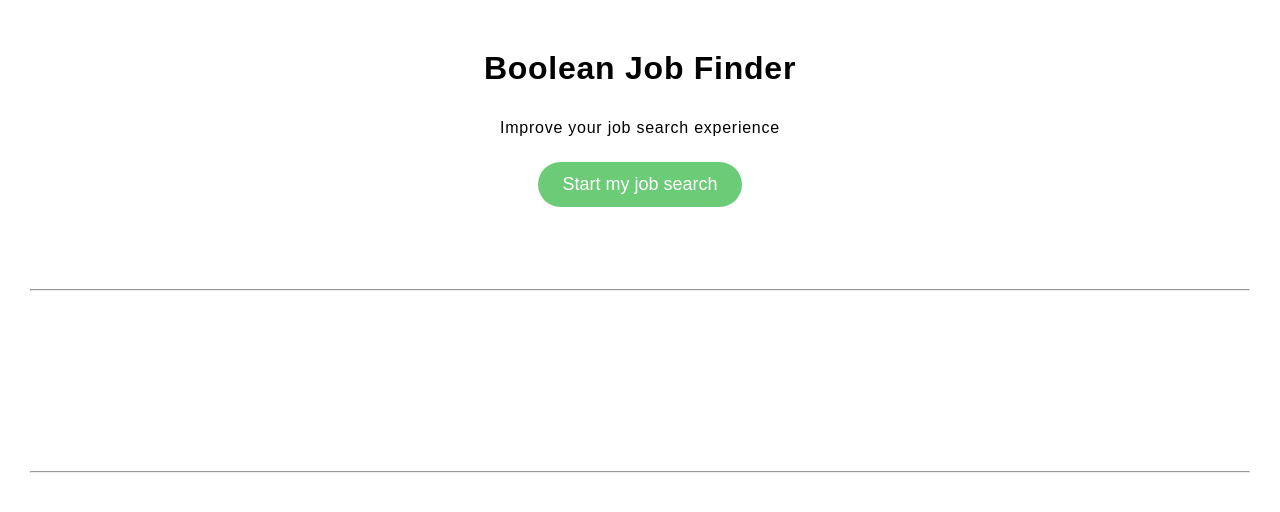
Repository: Rthompson2548/boolean-job-searcher
Page: /
These files come from the project's save history. The page is drawn as it stood at one moment and after a run of saves; the edit follows.
The browser window is 1280 px wide. The pictures show the whole page.
The project was rebuilt for these pictures with package versions that can differ from the ones it lists, and the page was loaded fresh each time.

Above is the page before, as saved 2022-04-05 14:29:45.

### public/index.html
<!DOCTYPE html>
<html lang="en">
  <head>
    <meta charset="utf-8" />
    <link rel="icon" href="%PUBLIC_URL%/favicon.ico" />
    <meta name="viewport" content="width=device-width, initial-scale=1" />
    <meta name="theme-color" content="#000000" />
    <meta
      name="description"
      content="Web site created using create-react-app"
    />
    <link rel="preconnect" href="https://fonts.googleapis.com">
    <link rel="preconnect" href="https://fonts.gstatic.com" crossorigin>
    <link href="https://fonts.googleapis.com/css2?family=Inconsolata&family=League+Spartan&display=swap" rel="stylesheet">

    <title>React App</title>
  </head>
  <body>
    <noscript>You need to enable JavaScript to run this app.</noscript>
    <div id="root"></div>
    <!--
      This HTML file is a template.
      If you open it directly in the browser, you will see an empty page.

      You can add webfonts, meta tags, or analytics to this file.
      The build step will place the bundled scripts into the <body> tag.

      To begin the development, run `npm start` or `yarn start`.
      To create a production bundle, use `npm run build` or `yarn build`.
    -->
  </body>
</html>

### src/App.js
import "./styles.css";
// import { CopyToClipboard } from "react-copy-to-clipboard";
import React, { useState, useEffect, useRef } from "react";



export default function App() {
  let searchCategories = [
    "Experience",
    "Location",
    "Tech Stack",
    "Title",
    "Technologies",
    "Company"
  ];

let defaultCategories = [
  {
    id: 1,
    name: "Experience",
    placeholders: ["Junior", "Entry", "Grad", "Student"]
  },
  {
    id: 2,
    name: "Location",
    placeholders: ["Junior", "Entry", "Grad", "Student"]
  },
  {
    id: 3,
    name: "End",
    placeholders: ["Junior", "Entry", "Grad", "Student"]
  },
  {
    id: 4,
    name: "Title",
    placeholders: ["Junior", "Entry", "Grad", "Student"]
  },
  {
    id: 5,
    name: "Technologies",
    placeholders: ["Junior", "Entry", "Grad", "Student"]
  },
  {
    id: 6,
    name: "Company Name",
    placeholders: ["Junior", "Entry", "Grad", "Student"]
  }
];


const [copyString, setCopyString] = useState("");
const [addCategory, setAddCategory] = useState(false);
const [addCategoryBtnText, setAddCategoryBtnText] = useState(
"Start my job search"
)
const [category, setCategory] = useState("");
const [categoryChosen, setCategoryChosen] = useState(false);
const [categoryOptions, setCategoryOptions] = useState(false);
const [showCategoryForm, setShowCategoryForm] = useState(false);
const [showNewCategoryButton, setShowNewCategoryButton] = useState(true);
const [showName, setShowName] = useState(false);
const [showForm, setShowForm] = useState(false);
const [showAddWordBtn, setShowAddWordBtn] = useState(false)
const [word, setWord] = useState("");
const [list, setList] = useState([]);
const [show, setShow] = useState(false);
const [finishBtn, setFinishBtn] = useState(false);
const [finished, setFinished] = useState(false);
const [result, setResult] = useState([]);
const [doneWarning, setDoneWarning] = useState(false);
const [goodbyeMessage, setGoodbyeMessage] = useState(false);


const handleNewCategory = () => {
  setCategory("");
  setAddCategoryBtnText("Add a category");
  setShowNewCategoryButton(false);
  setFinishBtn(false);
  setCategoryOptions(true);
  setCategoryChosen(false);
};



const handleCustomCategory = () => {
  setShowCategoryForm(true);
  setCategoryOptions(false);
};


const handleCategoryNameChange = event => {
  setCategory(event.target.value);
};

const submitCategory = () => {
  setAddCategory(false);
  setShowName(true);
  setShowNewCategoryButton(false);
  setShowAddWordBtn(true);
  setShowForm(true);
  setShowCategoryForm(false);
};


const handleAddWord = () => {
  setShowForm(true);
  setCategoryOptions(false);
  setCategoryChosen(true);
};


const handleCategoryClick = event => {
  setCategory(event.target.value);
  setCategoryChosen(true);
};


const handleWordChange = event => {
  setWord(event.target.value);
};


  const [noLetters, setNoLetters] = useState(false);

  const submitAsteriskWord = () => {
    if (word.length <= 1) {
      setNoLetters(true);
    } else {
      setList((prevList) => [...prevList, `"${word}*"`]);
      setWord("");
      setShow(true);
      console.log(word);
    }
  };

  const submitWord = () => {
    if (word.length <= 1) {
      setNoLetters(true);
    } else {
      setList((prevList) => [...prevList, `"${word}"`]);
      setWord("");
      setShow(true);
      console.log(word);
    }
  };

  useEffect(() => {
    setCategory(category);
  }, [category]);

  let booleanString = `(${list.join(" OR ")})`;

  const handleSubmitCategoryWords = () => {
    setShowNewCategoryButton(true);
    setShow(false);
    setShowName(false);
    setShowForm(false);
    setFinishBtn(true);
    setResult((previousResult) => [...previousResult, booleanString]);
    console.log(result.join(" AND "));
    console.log(`list: ${list}`);
    setList([]);
    console.log(`list: ${list}`);
    setCopyString(result.join(" AND "));
  };

  const handleGenerateString = () => {
    setFinished(true);
    setFinishBtn(false);
    setShowNewCategoryButton(false);
    setDoneWarning(false);
    // setGoodbyeMessage(true);
  };

const handleDone = () => {
  setDoneWarning(true);
  setFinished(false);
};


const handleConfirmFinished = () => {
  setDoneWarning(false);
  setGoodbyeMessage(true);
  setShow(false);
  setFinished(false);
};



  return (
    <div className="App">
      <div className="header">
        <h1 className="app-title">Boolean Job Finder</h1>
        <p>Improve your job search experience</p>
        <button className="start-btn" onClick={handleNewCategory}>
          {addCategoryBtnText}
        </button>

      </div>
      <div>
    </div>


      {categoryOptions === true && (
        <div>
          <div>
<p className="pick-a-category-txt">Click a category below to start</p>


            {/* iterates through array of category names and returns a button for each */}
            <div className="category-btns">
              {searchCategories.map((value, i) => (
                <button
                  id="category-btn"
                  className="category-btn"
                  key={i}
                  value={searchCategories[i]}
                  onClick={handleCategoryClick}
                >
                  {value}
                </button>
              ))}

            </div>

{
  categoryChosen === true && (
    <button className="continue-btn" onClick={handleAddWord}>
      Continue
    </button>
  )
}
          </div>
        </div>
      )}

{
  showCategoryForm === true && (
    <div>
      <label>Enter a custom category name</label>
      <input
        placeholder="Enter category name"
        onChange={handleCategoryNameChange}
        value={category}
      />

<button onClick={submitCategory}>Submit</button>;

    </div>
  )
}

      {showForm === true && (
        <div className="keyword-form">
          <h1>{category}</h1>

          <div className="keyword-form-info">
            <div>
              <label>Enter 1 or more keywords</label>
            </div>
            <input
              placeholder="Enter two or more letters..."
              value={word}
              onChange={handleWordChange}
            />
          </div>

          <div className="keyword-btns">
            <button onClick={submitWord}>Include exact keyword</button>
            <button onClick={submitAsteriskWord}>
              Include similar keywords
            </button>

          </div>


        </div>
      )}

      {show === true && (
        <div className="keyword-string">
          <h4>{booleanString}</h4>
        </div>
      )}

      {showForm === true && (
        <div>
          <button className="continue-btn" onClick={handleSubmitCategoryWords}>
            Continue
          </button>
        </div>
      )}

      {showNewCategoryButton === true && (
        // <div className="what-why">
        <div className="what-why-info">
          <hr />
              <h4>What?</h4>
              <p>
                Boolean searches are heavily used among recruiters for sourcing great
                candidates by identifying whether or not they meet various criteria specific
                to the job.
              </p>
              <h4>Why?</h4>
              <p>
                Just as boolean searches help recruiters filter out unfit candidates, candidates can use them to filter out jobs that aren't a good fit. It's time for those of us on the job hunt to start utilizing their tools to our own advantage to find jobs tailored to us.
          </p>

          <hr />
        </div>



        // </div>
      )}


      {finishBtn === true && (
        <div>
          <button className="done-btn" onClick={handleGenerateString}>
            Submit
          </button>
        </div>
      )}

      {finished === true && (
        <div className="boolean-string">
          <p value={copyString}>{result.join(" AND ")}</p>
          <button className="done-btn" onClick={handleDone}>
            Done
          </button>
        </div>
      )}

      {doneWarning === true && (
        <div className="boolean-string">
          <p>Are you sure? This cannot be undone</p>
          <button className="done-btn" onClick={handleConfirmFinished}>
            Yes, I am done
          </button>
        </div>
      )}

      {goodbyeMessage === true && (
        <div className="goodye-msg boolean-string">
<p>Goodbye!</p>;

          <button
            className="start-btn"
            onClick={() => window.location.reload(false)}
          >
            Home
          </button>
        </div>
      )}
    </div>
  );
}

### src/styles.css
* {
  margin: 0;
  padding: 0;
  /* background-color: #fff; */
  /* color: #000; */
  /* padding: 18px 0; */
}

.App {
  font-family: sans-serif;
  text-align: center;
  letter-spacing: 0.75px;
}

.header {
  line-height: 2rem;
  letter-spacing: 0.75px;
  padding: 52px 0;
}

img {
  width: 250px;
  height: auto;
}

button {
  /* width: 300px; */
  border-radius: 25px;
  background-color: #fff;
  color: #000;
  border: none;
  margin: 18px 0 0 0;
  font-size: 18px;
}

.app-title {
  margin-bottom: 28px;
  font-size: 32px;
}

h3 {
  font-size: 22px;
}

.what-why-info {
  overflow: hidden;
  /* background-color: blue; */
  padding: 30px;
  color: #fff !important;
}

.what-why-info p {
  margin: 18px 0 !important;
  /* text-align: left !important; */
}




.start-btn {
  background-color: #6bcb77 !important;
  color: #fff;
  font-size: 18px;
  vertical-align: middle;
  padding: 12px 24px;
}

.pick-a-category-txt {
  font-size: 18px;
  margin-bottom: 12px;
}

input {
  background-color: #fff;
  font-size: 18px;
  color: #000;
  width: 260px;
  border: 1.5px solid black;
  border-radius: 25px;
}

label {
  font-size: 20px;
}

.category-btns {
  /* center the element */
  right: 0;
  left: 0;
  margin-right: auto;
  margin-left: auto;
  display: flex;
  flex-direction: column;
  align-items: center;
}

.category-btns button {
  background-color: #ff6b6b;
  color: #fff;
  padding: 12px 42px;
  width: 300px;
}

.category-buttons button:active,
button:focus {
  /* color: #fff !important;
  background-color: #FFD93D !important; */
}

.category-buttons button:visited:after {
  color: #fff !important;
  background-color: #000 !important;
}

.continue-btn {
  background-color: #4d96ff;
  color: #fff;
}

.keyword-form-info {
  margin-top: 24px;
}

.keyword-form-info input {
  padding: 10px 24px 10px 10px;
  margin-top: 16px;
}

.keyword-btns {
  display: flex;
  flex-direction: column;
  align-items: center;
  margin: 10px 0 24px 0;
}

.keyword-btns button {
  background-color: #ff6b6b;
  color: #fff;
  font-size: 18px;
}

.keyword-string {
  padding: 20px;
  font-size: 20px;
  line-height: 2rem;
}

.goodye-msg {
  /* padding-top: 25%; */
  font-size: 42px !important;
}

.goodye-msg button {
  /* background-color: #4D96FF !important; */
  /* vertical-align: middle !important; */
}

.boolean-string {
  font-size: 32px;
  font-weight: bold;
  padding-top: 10%;
}


.boolean-string button {
  background-color: #fa58bc;
  color: #fff;
}

.done-btn {
  background-color: #4d96ff !important;
  color: #fff;
  font-size: 22px;
  vertical-align: middle;
  width: 400px;
  padding: 20px 0;
  margin-top: 36px;
}

.home-btn {
  background-color: #6bcb77 !important;
}

Loaded but not shown: src/index.js (common file); src/index.css (no stored copy; drawn as an empty file)

After the next 2 saves:
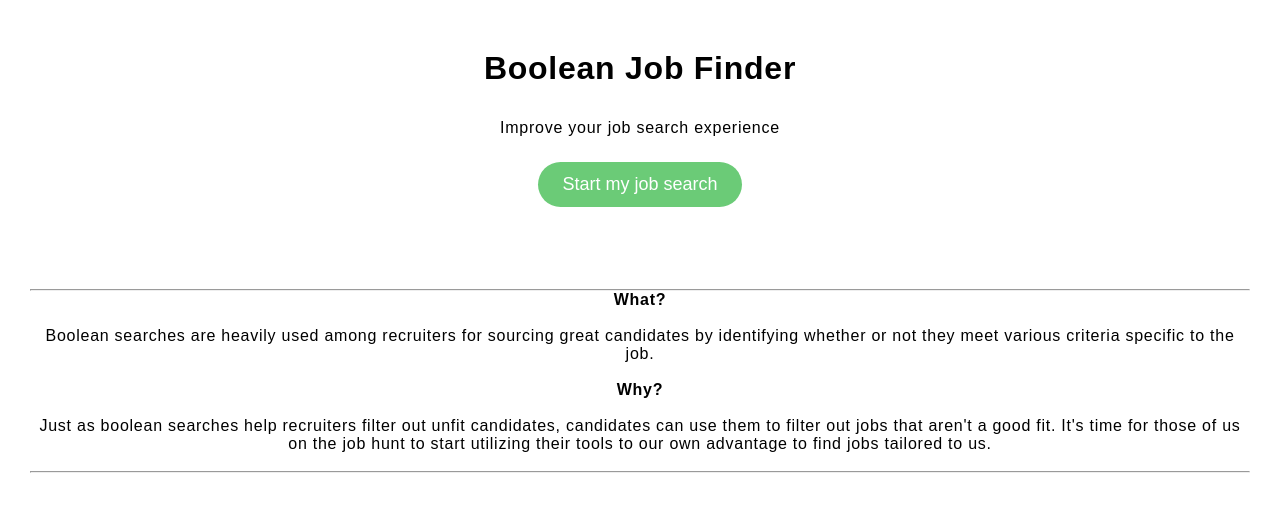
The 2 saves are shown as one change because they came seconds apart.
The last was saved 6 s later.
--- a/src/styles.css
+++ b/src/styles.css
@@ -46,7 +46,7 @@ h3 {
   overflow: hidden;
   /* background-color: blue; */
   padding: 30px;
-  color: #fff !important;
+  /* color: #000 !important; */
 }
 
 .what-why-info p {
